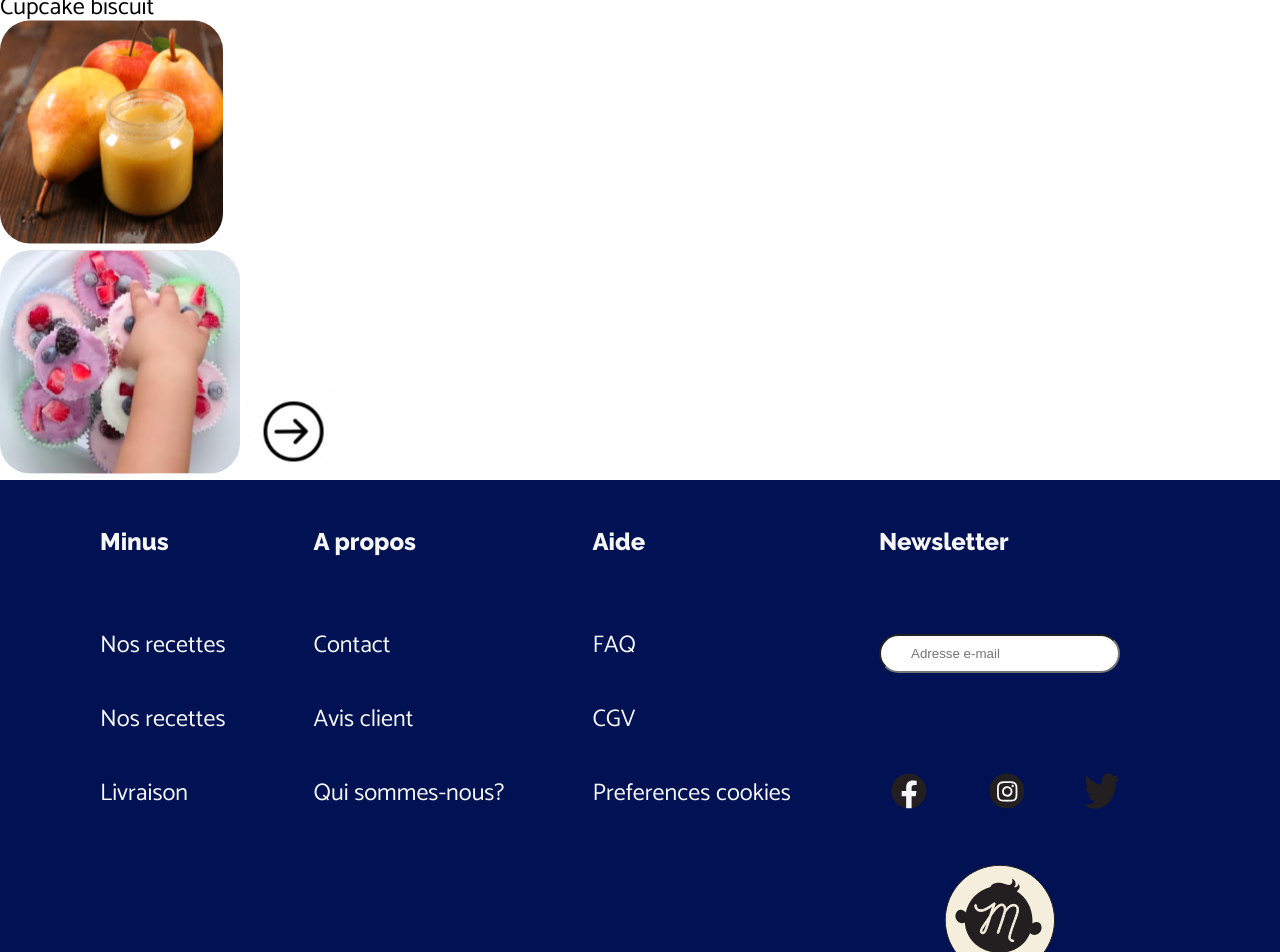
Repository: minus-team7/minus_team7
Page: minus_homepage.html
The author's editor kept a copy of each file at every save. The page is drawn from the files as they stood at one save, then again after a run of saves.
The browser window is 1280 px wide. The pictures show the part of the page from y = 2168 to 3120 px (the page is 3149 px tall before and 3173 px after).
A picture or video elsewhere on the page could not be fetched, so the positions and the page height are approximate.

Above is the page before, as saved 2023-02-12 23:51:42.

After the next 3 saves:
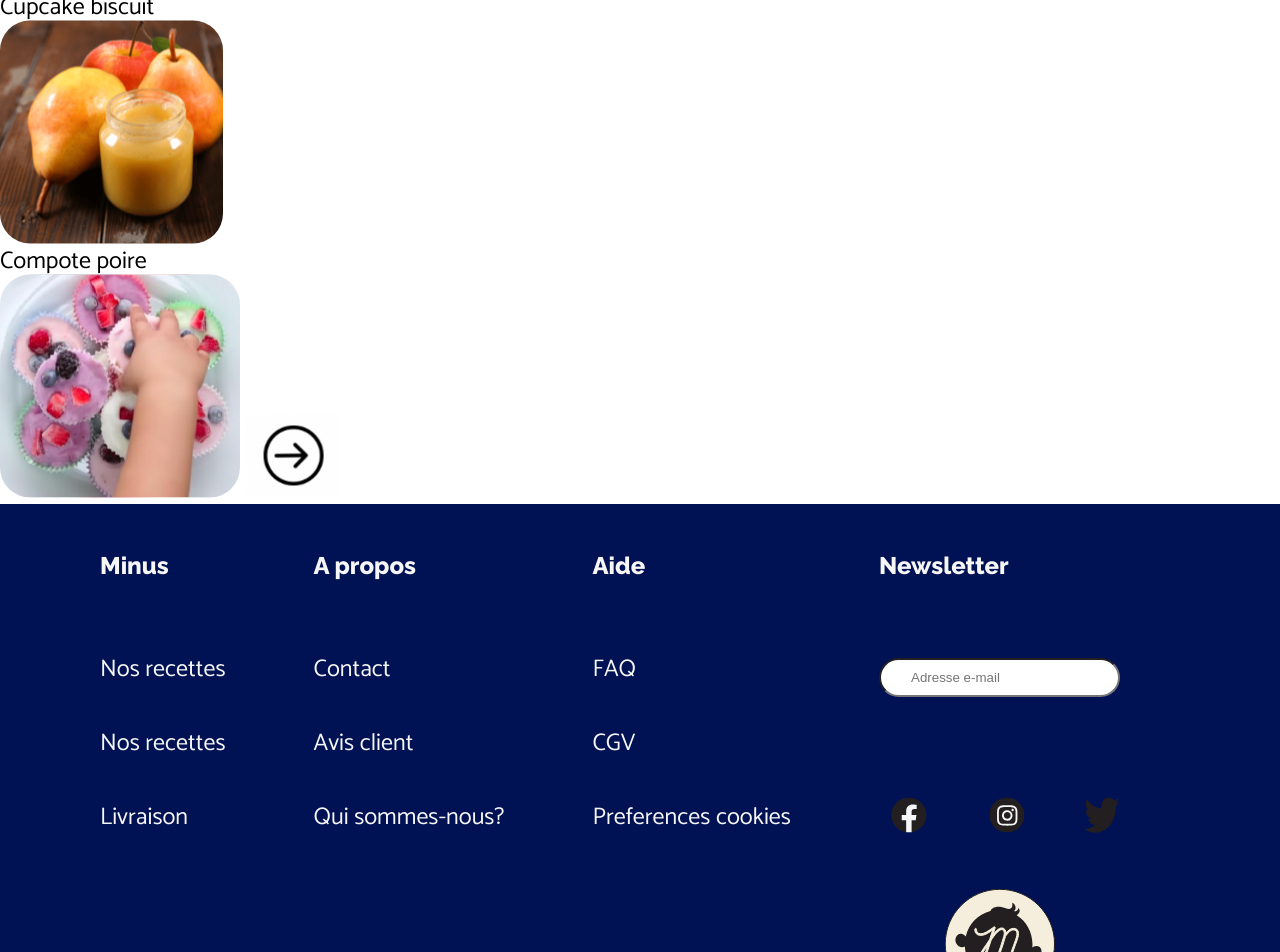
The 3 saves are shown as one change because they came seconds apart.
The last was saved 10 s later.
--- a/minus_homepage.html
+++ b/minus_homepage.html
@@ -94,7 +94,8 @@
         <p>Cupcake biscuit</p>
 
         <img src="/assets/photo_dessert_compotepoire.svg" alt="photo_dessert_compotepoire">
-        <p></p>
+        <p>Compote poire</p>
+
         <img src="/assets/photo_dessert_fruitsrougesrose.svg" alt="photo_dessert_fruitsrougesrose">
         <img src="/assets/carroussel_fleche_droite.svg" alt="carroussel_fleche_droite">
     </section>
